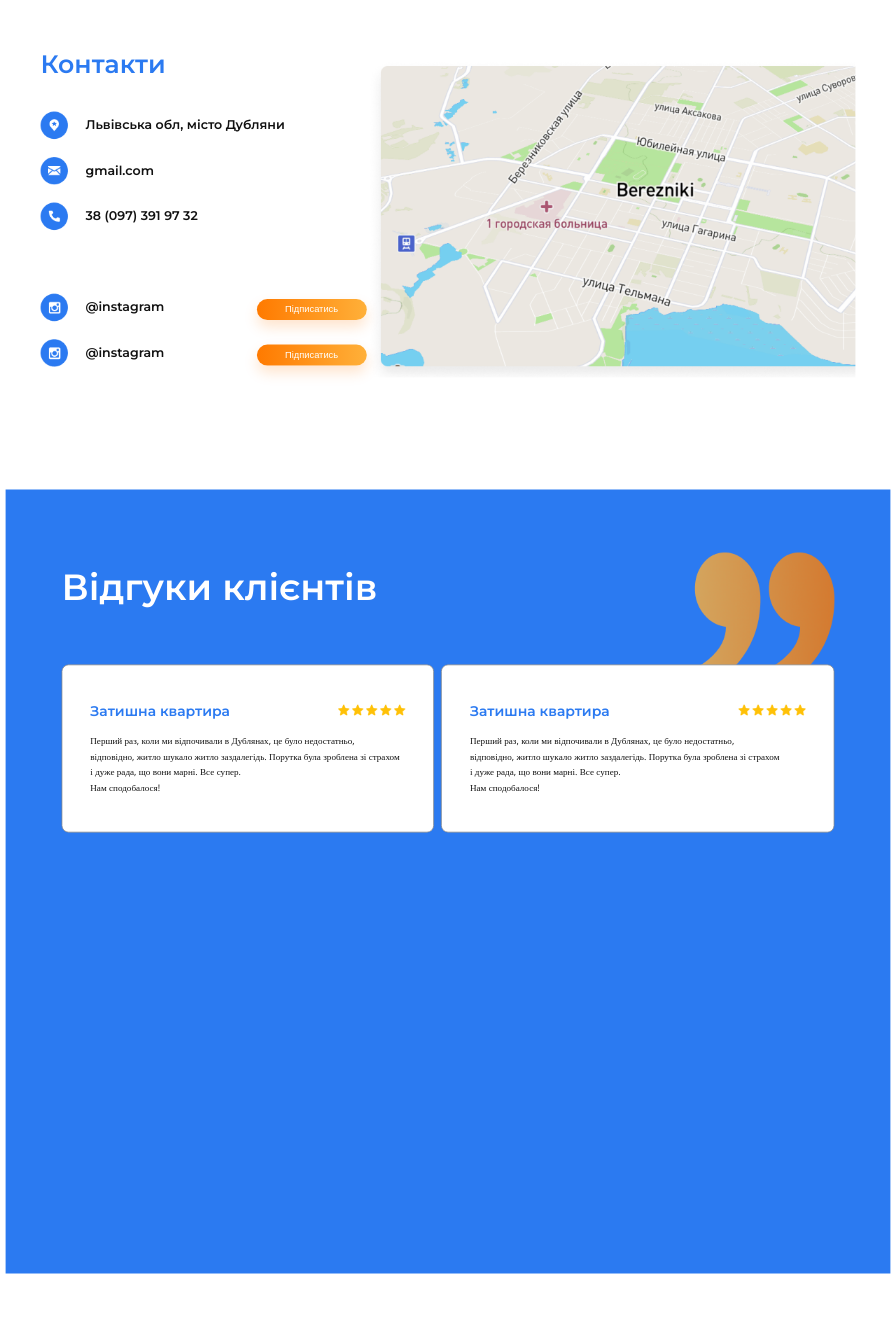
Repository: batonAnton/HW-7-grid
Page: index.html
These files come from the project's save history. The page is drawn as it stood at one moment and after the next save; the edit follows.
The browser window is 1280 px wide. The pictures show the part of the page from y = 2425 to 4345 px (the page is 4345 px tall), at 70% of full size.

Above is the page before, as saved 2022-07-06 12:17:25.

### index.html
<!DOCTYPE html>
<html lang="en">
<head>
    <meta charset="UTF-8">
    <meta http-equiv="X-UA-Compatible" content="IE=edge">
    <meta name="viewport" content="width=device-width, initial-scale=1.0">
    <link rel="preconnect" href="https://fonts.googleapis.com">
    <link rel="preconnect" href="https://fonts.gstatic.com" crossorigin>
    <link href="https://fonts.googleapis.com/css2?family=Montserrat:wght@600&display=swap" rel="stylesheet">
    <link rel="preconnect" href="https://fonts.googleapis.com">
    <link rel="preconnect" href="https://fonts.gstatic.com" crossorigin>
    <link href="https://fonts.googleapis.com/css2?family=Open+Sans&display=swap" rel="stylesheet">
    <link rel="stylesheet" href="./css/styles2.css">
    <title>Grid</title>
</head>

        <div  class="wrapper allstyles">
            <header>
                <img src="./images/logo.png" alt="logo">
                <a href="" class="menu">Головна</a>
                <a href="" class="menu">Квартири</a>
                <a href="" class="menu">Контакти</a>
                <a href="" class="menu">Про нас</a>

                <div class="item mail">
                    <img src="./images/email.png" alt="email">
                    <p>@gmail.com</p>
                </div>
                <div class="item phone">
                    <img src="./images/phone.png" alt="phone">
                    <p>38 (097) 391 97 32</p>
                </div>
                <div class="item btn">
                        <button>Замовити Дзвінок </button>
                </div>
            </header>
            </div>





            <div class=" wrapper2  allstyles">
                <div class="info">
                    <h1>Оренда Квартир <br> в Березниках</h1>
                    <p>На довгий термін <br> або подобово</p>
                    <button class="btn">Дивитись варіанти</button>
                </div>
                <div class="blueblock"></div>

                <div class="banner">

                </div>
            </div>
        </div>


    <div class="wrapper3 allstyles">
         <div class=" block block1">
             <img src="./images/header 1.1.png" alt="img">
             <p>
                Укладаємо договори, <br> надаємо звітні документи
             </p>
         </div>
         <div class="block block2">
            <img src="./images/header 1.2.png" alt="img">
            <p>
                Готівковий та <br>
                Безготівковий розрахунок
            </p>
         </div>
         <div class="block block3">
            <img src="./images/header 1.3.png" alt="img">
            <p>
                Бронювання та заселення <br> цілодобово
            </p>

         </div>
         <div class="block block4">
            <img src="./images/header 1.4.png" alt="img">
            <p>
                Повна <br> конфіденційність
            </p>
         </div>
    </div>

    <div class="wrapper4 allstyles">
        <h1 class="wrapper4-h1">Наші квартири</h1>

        <div class="img1-1">
            <h1>Однокімнатна квартира</h1>
            <p class="price"> <span class="p-price">Доба:</span> 500грн</p>
            <p class="p-price location"> <img src="./images/wrapper4/Location_Icon.svg" alt="loc icon">Дубляни,Шевченка 20</p>
            <button class="btn">Детальніше</button>
        </div>
        <div class="img1-2">
            <h1>Трьохкімнатна квартира</h1>
            <p class="price"> <span class="p-price">Доба:</span>  1500грн</p>
            <p class="p-price location"> <img src="./images/wrapper4/Location_Icon.svg" alt="loc icon">Дубляни,Франка 20</p>
            <button class="btn">Детальніше</button>
        </div>
        <div class="img2-1">
            <button class="btn-new">Нова квартира</button>
            <h1>Двохкімнатна квартира</h1>
            <p class="price"> <span class="p-price">Доба:</span>  1000грн</p>
            <p class="p-price location"> <img src="./images/wrapper4/Location_Icon.svg" alt="loc icon">Дубляни,Лесі Українки 20</p>
            <button class="btn">Детальніше</button>
        </div>
        <div class="img2-2">
            <h1>Чотирьохкімнатна квартира</h1>
            <p class="price"> <span class="p-price">Доба:</span>  4500грн</p>
            <p class="p-price location"> <img src="./images/wrapper4/Location_Icon.svg" alt="loc icon"> Дубляни,Шухевича 20</p>
            <button class="btn">Детальніше</button>
        </div>
        <button class="btn-wr4">Дивитись всі квартири</button>
    </div>

    <div class="wrapper5 allstyles">
        <div class="block1">
            <h1 class="wrapper4-h1">Про нас</h1>
        </div>
        <div class="block2">
            <p>
                Сьогодні «Домашній готель» — одна <br> з найбільших у Львівському регіоні готельних <br> мереж, що динамічно розширює <br> географічне охоплення та підвищує якість <br> сервісу.
            </p>
        </div>
        <div class="block3">
            <img src="./images/wrapper5/rating.png" alt="img">
        </div>

    </div>

    <hr class="wr5">

    <div class="wrapper6 allstyles">
        <div class="block1 block-wr6">
            <h1 class="wrapper4-h1">Контакти</h1>
        </div>
        <div class="block2 block-wr6">
            <img class="img-wr6" src="./images/wrapper6/location.png" alt="location">
            <p>Львівська обл, місто Дубляни</p>
        </div>
        <div class="block3 block-wr6">
            <img class="img-wr6" src="./images/wrapper6/Mail.png" alt="mail">
            <p>gmail.com</p>
        </div>
        <div class="block4 block-wr6">
            <img class="img-wr6" src="./images/wrapper6/phone.png" alt="phone">
            <p>38 (097) 391 97 32</p>
        </div>
        <div class="block5 block-wr6">
            <img class="img-wr6" src="./images/wrapper6/instagramm.png" alt="insta">
            <p>@instagram</p>
            <button class="btn">Підписатись</button>
        </div>
        <div class="block6 block-wr6">
            <img class="img-wr6" src="./images/wrapper6/instagramm.png" alt="insta">
            <p>@instagram</p>
            <button class="btn">Підписатись</button>

        </div>
        <div class="block7">
            <img src="./images/wrapper6/Map.png" alt="map">
        </div>
    </div>

    <div class="wrapper7 ">
        <div class="block11">
            <h1>Відгуки клієнтів</h1>
        </div>
        <div class="block12">
            <img src="./images/wrapper7/апотсроф.png" alt="img">
        </div>
        <div class="block13">
            <div class="info">
                <h1>Затишна квартира</h1>
                <div class="star-rating">
                    <img class="star" src="./images/wrapper7/star.png" alt="img">
                    <img class="star" src="./images/wrapper7/star.png" alt="img">
                    <img class="star" src="./images/wrapper7/star.png" alt="img">
                    <img class="star" src="./images/wrapper7/star.png" alt="img">
                    <img class="star" src="./images/wrapper7/star.png" alt="img">
                </div>

                <p>Перший раз, коли ми відпочивали в Дублянах, це було недостатньо, <br> відповідно, житло шукало житло заздалегідь. Порутка була зроблена зі страхом <br> і дуже рада, що вони марні. Все супер. <br> Нам сподобалося!</p>
            </div>
        </div>
        <div class="block14">
            <div class="info">
                <h1>Затишна квартира</h1>
                <div class="star-rating">
                    <img class="star" src="./images/wrapper7/star.png" alt="img">
                    <img class="star" src="./images/wrapper7/star.png" alt="img">
                    <img class="star" src="./images/wrapper7/star.png" alt="img">
                    <img class="star" src="./images/wrapper7/star.png" alt="img">
                    <img class="star" src="./images/wrapper7/star.png" alt="img">
                </div>

                <p>Перший раз, коли ми відпочивали в Дублянах, це було недостатньо, <br> відповідно, житло шукало житло заздалегідь. Порутка була зроблена зі страхом <br> і дуже рада, що вони марні. Все супер. <br> Нам сподобалося!</p>
            </div>
        </div>
    </div>









</body>
</html>

### css/styles2.css
* {
  box-sizing: border-box;
}

.allstyles {
  margin: 50px 50px;
}

header {
  display: grid;
  gap: 10px;
  grid-template-columns: repeat(8, 1fr);
  grid-template-rows: 1fr;
  z-index: 1;
}

.wrapper {
  display: flex;
  justify-content: space-between;
}

.menu {
  font-family: "Montserrat", sans-serif;
  font-style: normal;
  font-weight: 600;
  font-size: 16px;
  line-height: 20px;
  text-decoration: none;
  color: #111111;
  transition: all 1s;
}

.menu:hover {
  text-decoration: underline;
}

.phone,
.mail {
  font-family: "Montserrat", sans-serif;
  font-style: normal;
  font-weight: 600;
  font-size: 16px;
  line-height: 20px;
  text-decoration: none;
  color: #111111;
  transition: all 1s;
}

.menu,
.phone,
.mail,
.btn {
  justify-content: center;
  align-items: center;
  display: flex;
}

.phone,
.btn {
  width: 190px;
}

.btn button,
.wrapper4 .btn {
  padding: 15px 30px;
  color: #fff;
  background: linear-gradient(89.77deg, #ff7a00 0.2%, #ffb039 99.82%);
  box-shadow: 0px 10px 20px rgba(255, 122, 0, 0.2);
  border-radius: 25px;
  border: none;
}

.wrapper2 {
  display: grid;
  grid-template-columns: repeat(5, 1fr);
  grid-template-rows: repeat(5, 1fr);
  z-index: 0;
}

.wrapper2 .info {
  grid-column: 1/3;
  grid-row: 1/6;
}

.info h1 {
  font-family: "Montserrat";
  font-style: normal;
  font-weight: 800;
  font-size: 40px;
  line-height: 49px;
  display: flex;
  align-items: center;
  color: #111111;
}

.info p {
  font-family: "Open Sans";
  font-style: normal;
  font-weight: 400;
  font-size: 24px;
  line-height: 33px;
  color: #111111;
}
.wrapper2 .banner {
  grid-column: 3/6;
  grid-row: 1/6;
  background-image: url(../images/bigBanner.png);
  background-repeat: no-repeat;
  background-size: contain;
  /* height: 420px; */
  margin-right: -56px;
}

.wrapper2 .btn {
  margin-top: 60px;
  padding: 15px 30px;
  color: #fff;
  background: linear-gradient(89.77deg, #ff7a00 0.2%, #ffb039 99.82%);
  box-shadow: 0px 10px 20px rgba(255, 122, 0, 0.2);
  border-radius: 25px;
  border: none;
}

.blueblock {
  grid-column: 4/6;
  grid-row: 1/6;
  background: #2b7af1;
  border-radius: 0px 0px 0px 10px;
  margin-top: -155px;
  margin-right: -56px;

  width: 620px;
  height: 810px;
}

.wrapper3 {
  display: grid;
  grid-template-columns: repeat(4, 1fr);
  margin-top: -180px;
  z-index: 1;
}

.wrapper3 p {
  font-family: "Open Sans", sans-serif;
  font-style: normal;
  font-weight: 400;
  font-size: 16px;
  line-height: 22px;
  text-align: center;
  color: #111111;
}

.block {
  width: 270px;
  /* height: 170px; */
  padding: 30px 20px;
  background: #ffffff;
  border-radius: 10px;
  border: 1px solid gray;
}

.block img {
  width: 80px;
  height: 80px;
  margin-left: 70px;
}

.block1,
.block2,
.block3,
.block4 {
  /* display: flex; */
  justify-content: space-around;
}

.block1 {
  grid-column: 1/2;
}

.block2 {
  grid-column: 2/3;
}

.block3 {
  grid-column: 3/4;
}

.block4 {
  grid-column: 4/5;
}

.wrapper4 {
  display: grid;
  grid-template-columns: repeat(5, 1fr);
  grid-template-rows: repeat(6, 1fr);
  margin-top: 115px;
  gap: 10px;
}

.wrapper4-h1 {
  grid-column: 1/6;
  font-family: "Montserrat";
  font-style: normal;
  font-weight: 800;
  font-size: 36px;
  line-height: 44px;
  color: #2b7af1;
}

.img1-1 {
  grid-column: 1/4;
  grid-row: 2/4;
  /* width: 650px; */
  height: 300px;
  background: linear-gradient(rgba(17, 17, 17, 0.5), rgba(17, 17, 17, 0.5)),
    url(../images/wrapper4/Background\ 1.1.png);

  border-radius: 10px;
  border-top-right-radius: 20px;
}

.img1-2 {
  grid-column: 4/6;
  grid-row: 2/4;
  /* width: 450px; */
  height: 300px;
  background: linear-gradient(rgba(17, 17, 17, 0.5), rgba(17, 17, 17, 0.5)),
    url(../images/wrapper4/Background\ 1.2.png);
  border-radius: 10px;
}

.img2-1 {
  grid-column: 1/3;
  grid-row: 4/6;
  /* width: 450px; */
  height: 300px;
  background: linear-gradient(rgba(17, 17, 17, 0.5), rgba(17, 17, 17, 0.5)),
    url(../images/wrapper4/Background\ 2.1.png);
  border-radius: 10px;
}

.img2-2 {
  grid-column: 3/6;
  grid-row: 4/6;
  height: 300px;
  /* height: 310px; */
  background: linear-gradient(rgba(17, 17, 17, 0.5), rgba(17, 17, 17, 0.5)),
    url(../images/wrapper4/Background\ 2.2.png);
  border-radius: 10px;
  border-top-right-radius: 20px;
}

.btn-new {
  background: #5cb85c;
  border-radius: 20px;
  z-index: 1;
  margin: 20px 50px 30px 25px;
  padding: 7px 15px;
  width: 126px;
  border: none;
  font-family: "Montserrat";
  font-style: normal;
  font-weight: 600;
  font-size: 12px;
  line-height: 15px;
  color: #ffffff;
}

.wrapper4 .img1-1 h1 {
  padding: 100px 50px 30px 25px;
  font-family: "Montserrat";
  font-style: normal;
  font-weight: 800;
  font-size: 24px;
  line-height: 29px;
  color: #ffffff;
  /* filter: brightness(100%)!important; */
}

.wrapper4 .img1-2 h1 {
  padding: 100px 50px 30px 25px;
  font-family: "Montserrat";
  font-style: normal;
  font-weight: 800;
  font-size: 23px;
  line-height: 29px;
  color: #ffffff;
}

.wrapper4 .img2-1 h1 {
  padding: 30px 50px 30px 25px;
  font-family: "Montserrat";
  font-style: normal;
  font-weight: 800;
  font-size: 24px;
  line-height: 29px;
  color: #ffffff;
  filter: brightness(100%) !important;
  z-index: 0;
}

.wrapper4 .img2-2 h1 {
  padding: 100px 50px 30px 25px;

  font-family: "Montserrat";
  font-style: normal;
  font-weight: 800;
  font-size: 24px;
  line-height: 29px;
  color: #ffffff;
  filter: brightness(100%) !important;
}

.wrapper4 .p-price {
  font-family: "Montserrat";
  font-style: normal;
  font-weight: 400;
  font-size: 14px;
  line-height: 22px;
  color: #ffffff;
  display: inline;
}

.wrapper4 .price {
  font-family: "Montserrat";
  font-style: normal;
  font-weight: 800;
  font-size: 20px;
  line-height: 24px;
  color: #ffffff;
  /* margin-top: 25px; */
  padding: 0px 45px 0px 25px;
}

.location {
  padding: 0px 15px 0px 25px;
}

.location img {
  margin-right: 5px;
}

.wrapper4 .btn {
  float: right;
  margin-right: 20px;
  padding: 7px 15px;
  width: 126px;
}

.wrapper4 .btn-wr4 {
  margin-top: 60px;
  grid-column: 3/4;
  width: 304px;
  height: 50px;
  background: linear-gradient(89.77deg, #ff7a00 0.2%, #ffb039 99.82%);
  border: none;
  box-shadow: 0px 10px 20px rgba(255, 122, 0, 0.2);
  border-radius: 25px;
  color: white;
}

/* wrapper5 */

.wrapper5 {
  display: grid;
  grid-template-columns: repeat(3, 1fr);
  grid-template-rows: repeat(2, 1fr);
}

.wrapper5 .block1 {
  grid-column: 1/4;
  grid-row: 1;
}

.wrapper5 .block2 {
  grid-column: 1/3;
  grid-row: 2;
}

.wrapper5 .block3 {
  grid-column: 2/4;
  grid-row: 2;
}

.wrapper5 img {
  width: 700px;
  margin-left: 70px;
}

.wrapper5 p {
  font-family: "Open Sans";
  font-style: normal;
  font-weight: 400;
  font-size: 18px;
  line-height: 25px;
}

.wr5 {
  background: linear-gradient(89.77deg, #ff7a00 0.2%, #ffb039 99.82%);
  border-radius: 1px;
  height: 1px;
  margin: 100px 0;
  width: 100%;
}

.wrapper6 {
  display: grid;
  grid-template-columns: repeat(5, 1fr);
  grid-template-rows: repeat(7, 65px);
  margin-bottom: 160px;
}
.wrapper6 h1{
  margin-top: -15px;
}

.wrapper6 p{
  font-family: 'Montserrat';
font-style: normal;
font-weight: 400;
font-size: 18px;
line-height: 22px;
color: #111111;
}

.wrapper6 .block-wr6 {
  display: inline-flex;
  justify-content: flex-start;
}
.wrapper6 .img-wr6 {
  margin-right: 25px;
  margin-top: 10px;
  height: 40px;
}

.wrapper6 .block1 {
  grid-column: 1/3;
  grid-row: 1/2;
}

.wrapper6 .block2 {
  grid-column: 1/3;
  grid-row: 2/3;
}

.wrapper6 .block3 {
  grid-column: 1/3;
  grid-row: 3/4;
}

.wrapper6 .block4 {
  grid-column: 1/3;
  grid-row: 4/5;
}

.wrapper6 .block5 {
  grid-column: 1/3;
  grid-row: 6/7;
}

.wrapper6 .block6 {
  grid-column: 1/3;
  grid-row: 7/8;
}

.wrapper6 .block7 {
  grid-column: 3/6;
  grid-row: 1/8;
  overflow: hidden;
}

.wrapper6 .btn{
  background: linear-gradient(89.77deg, #FF7A00 0.2%, #FFB039 99.82%);
box-shadow: 0px 10px 20px rgba(255, 122, 0, 0.2);
border-radius: 25px;
  width: 157px;
  height: 30px;
  border: none;
  margin-left: auto;
  align-self: center;
  color: #ffffff;
}

.wrapper7{
  margin-top: 160px;
  margin-bottom: 100px;
  padding: 40px 80px;
  display: grid;
  grid-template-columns: repeat(6,1fr);
  grid-template-rows: repeat(5,200px);
  background: #2B7AF1;
  gap: 10px;
}

.block11{
  grid-column: 1/4;
  grid-row: 1;
  display: flex;
  align-items: center;
  font-family: 'Montserrat';
  font-style: normal;
  font-weight: 800;
  font-size: 26px;
  line-height: 130%;
  color: #FFFFFF;
}

.block12{
  grid-column: 6/7;
  grid-row: 1;
  margin-top: 50px;
}

.block13{
  grid-column: 1/4;
  grid-row: 2/3;
}

.block13 .info, .block14 .info{
  border: 1px solid gray;
  background: #FFFFFF;
  border-radius: 10px;
  padding: 40px;
}

.info h1{
  font-family: 'Montserrat';
  font-style: normal;
  font-weight: 700;
  font-size: 20px;
  line-height: 24px;
  color: #2B7AF1;
}

.star-rating{
  float: right;
  margin-top: -35px;
}

.info p{
  font-family: 'Open Sans';
  font-style: normal;
  font-weight: 400;
  font-size: 13px;
  line-height: 22px;
  color: #111111;
  margin-top: 20px;
}

.block14{
  grid-column: 4/7;
  grid-row: 2/3;
}

After the next save:
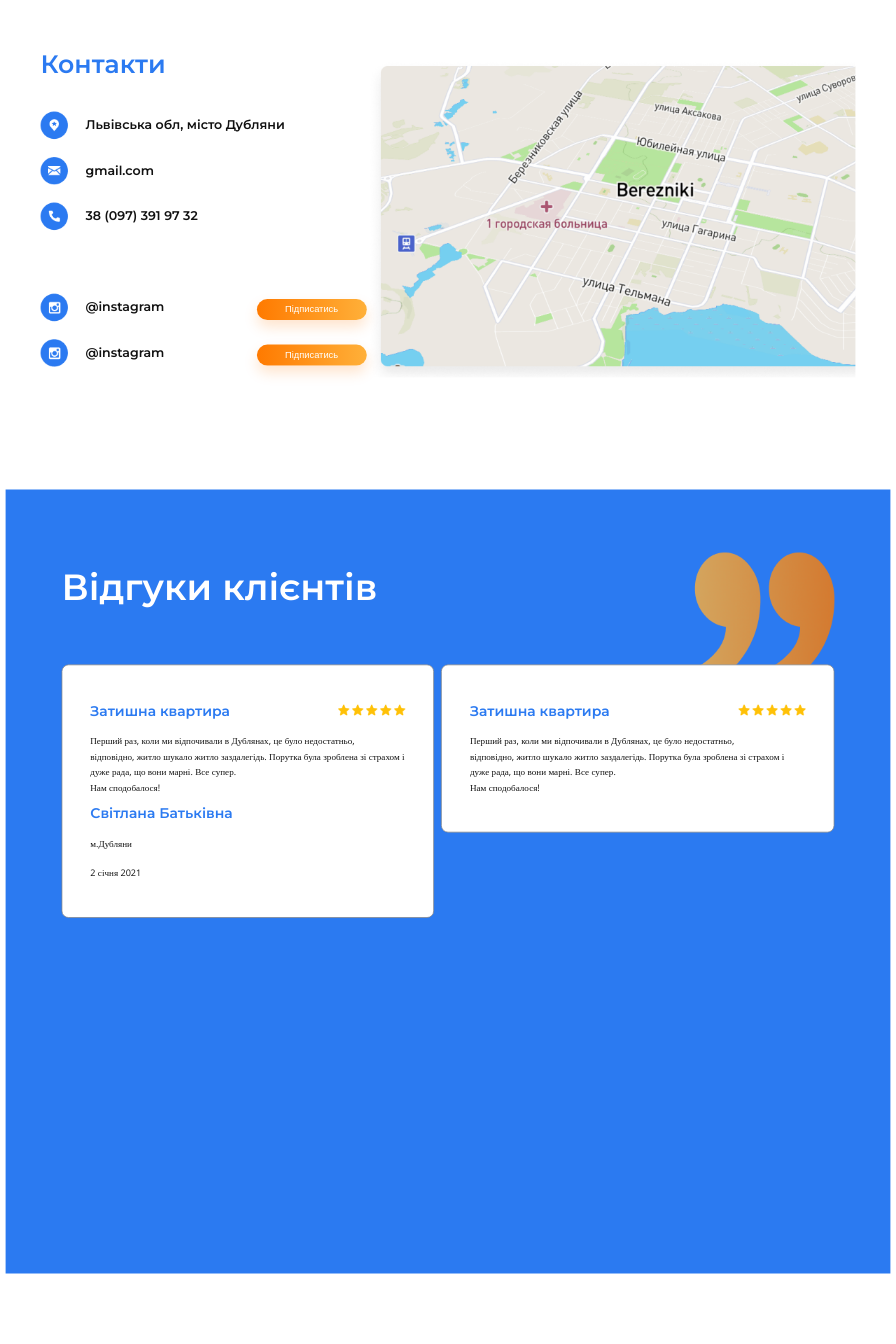
Saved 2 min 35 s later.
--- a/index.html
+++ b/index.html
@@ -182,7 +182,13 @@
                     <img class="star" src="./images/wrapper7/star.png" alt="img">
                 </div>
 
-                <p>Перший раз, коли ми відпочивали в Дублянах, це було недостатньо, <br> відповідно, житло шукало житло заздалегідь. Порутка була зроблена зі страхом <br> і дуже рада, що вони марні. Все супер. <br> Нам сподобалося!</p>
+                <p>Перший раз, коли ми відпочивали в Дублянах, це було недостатньо, <br> відповідно, житло шукало житло заздалегідь. Порутка була зроблена зі страхом  і дуже рада, що вони марні. Все супер. <br> Нам сподобалося!</p>
+
+                <div class="name-date">
+                    <h1>Світлана Батьківна</h1>
+                    <p>м.Дубляни</p>
+                    <p class="date">2 січня 2021</p>
+                </div>
             </div>
         </div>
         <div class="block14">
@@ -196,7 +202,7 @@
                     <img class="star" src="./images/wrapper7/star.png" alt="img">
                 </div>
 
-                <p>Перший раз, коли ми відпочивали в Дублянах, це було недостатньо, <br> відповідно, житло шукало житло заздалегідь. Порутка була зроблена зі страхом <br> і дуже рада, що вони марні. Все супер. <br> Нам сподобалося!</p>
+                <p>Перший раз, коли ми відпочивали в Дублянах, це було недостатньо, <br> відповідно, житло шукало житло заздалегідь. Порутка була зроблена зі страхом  і дуже рада, що вони марні. Все супер. <br> Нам сподобалося!</p>
             </div>
         </div>
     </div>
